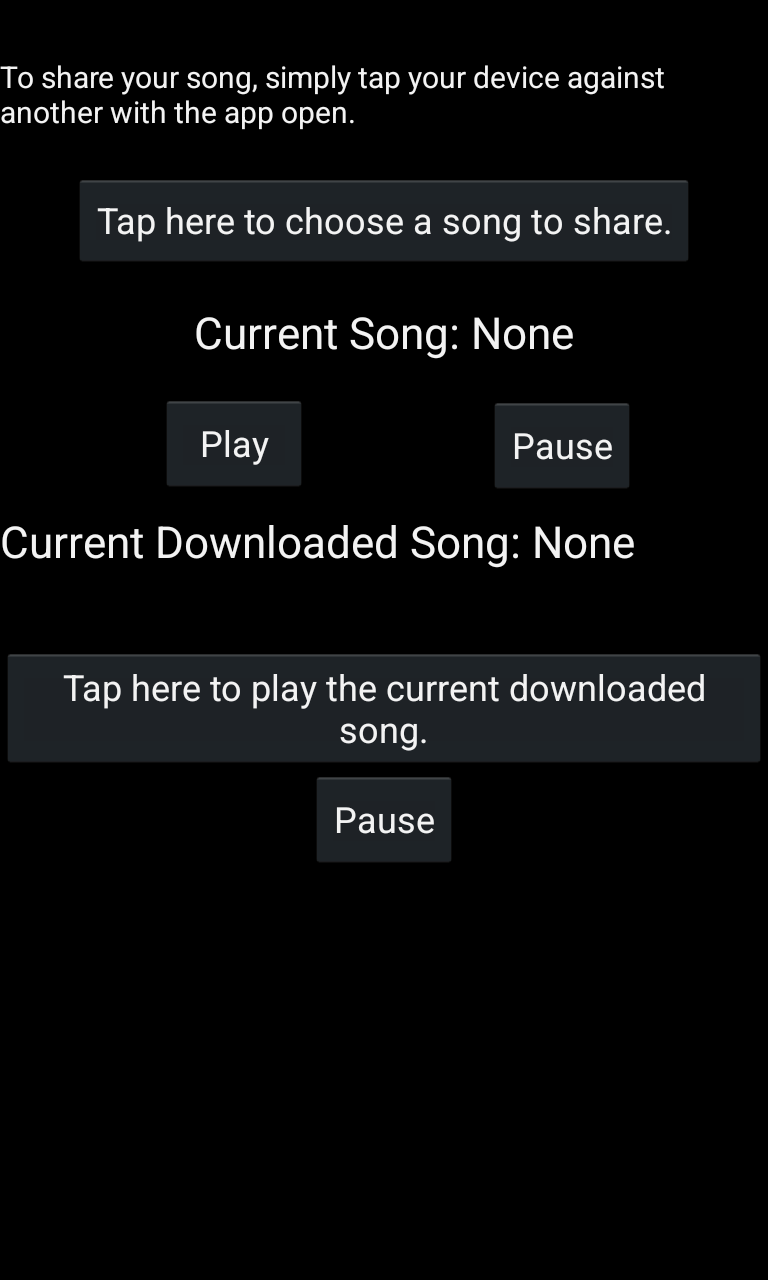
Repository: griff1/idpa2012projects
Layout: workspace/Player/res/layout/main2.xml
An editor plug-in stored every save of this project. The layout is shown before and after the next save, followed by the edit.
It is drawn on a 768 x 1280 px phone screen (xhdpi) without system bars, with theme android:Theme.Holo; the app's code is not run.

Above is the layout before, as saved 2012-08-02 19:59:45.

After the next save:
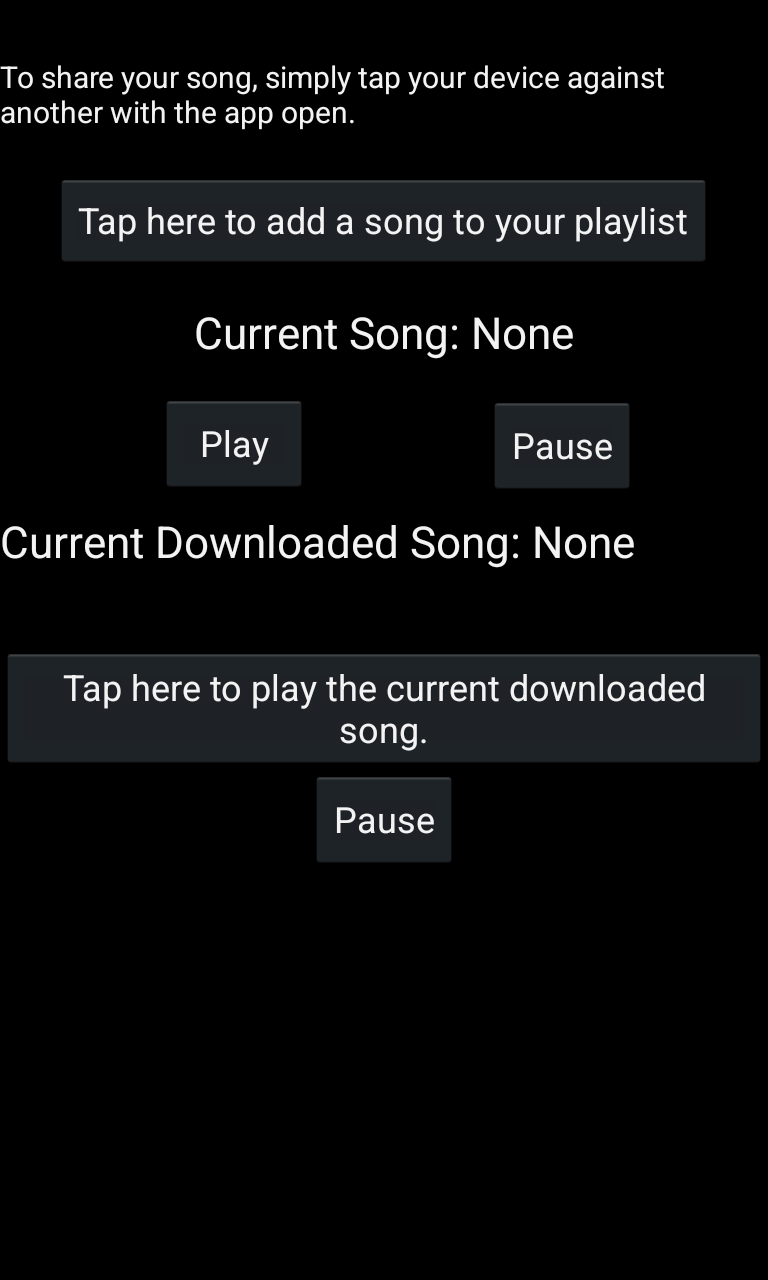
Saved 2 s later.
--- a/workspace/Player/res/layout/main2.xml
+++ b/workspace/Player/res/layout/main2.xml
@@ -35,6 +35,7 @@
             android:textAppearance="?android:attr/textAppearanceLarge"
             android:textSize="15dp" />
 
+
         <Button
             android:id="@+id/button1"
             android:layout_width="wrap_content"
@@ -42,7 +43,7 @@
             android:layout_below="@+id/textView2"
             android:layout_centerHorizontal="true"
             android:layout_marginTop="20dp"
-            android:text="@string/Tap" />
+            android:text="@string/TapHere" />
 
         <TextView
             android:id="@+id/textView3"
